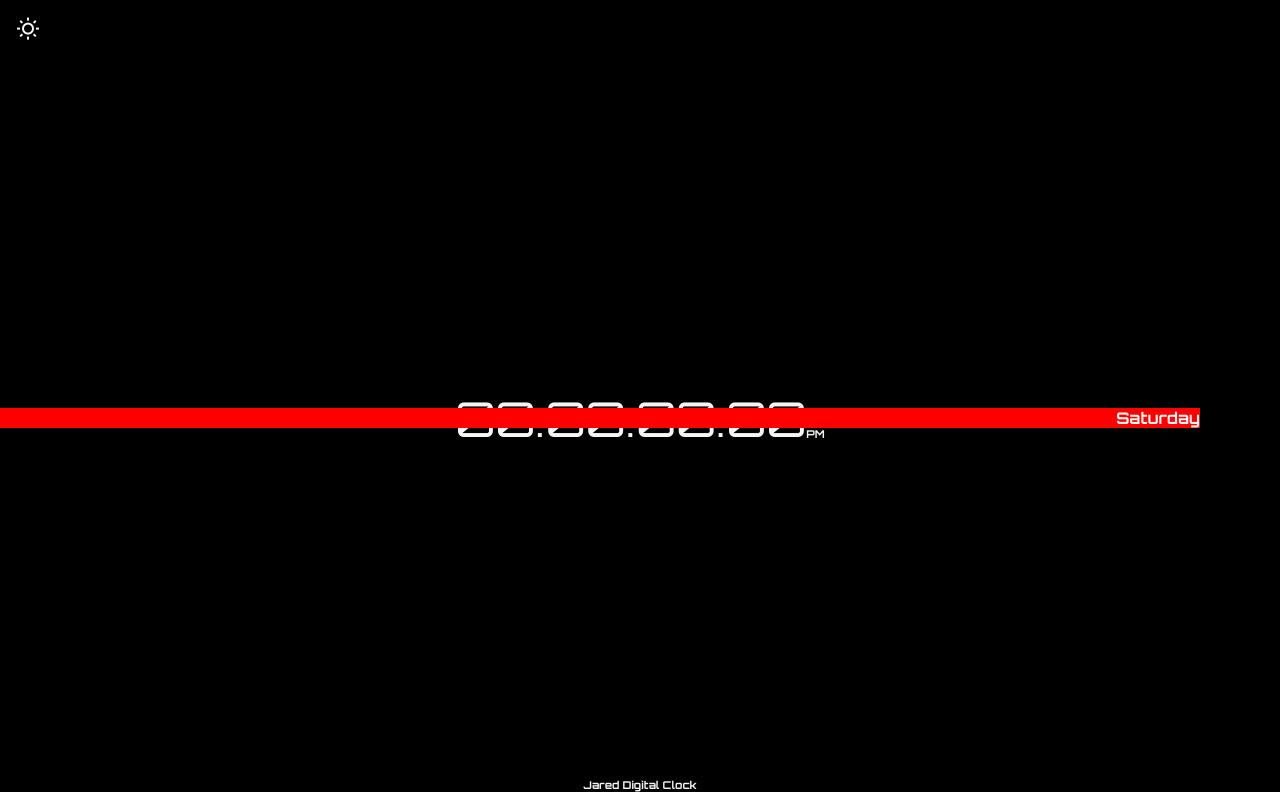
Repository: EguJaredoBoyd/Jared-Digital-Clock
Page: index.html
These files come from the project's save history. The page is drawn as it stood at one moment and after the next save; the edit follows.
The browser window is 1280 px wide. The pictures show the whole page.
Some web libraries are served in a nearby version.

Above is the page before, as saved 2026-01-04 22:19:35.

### index.html
<!DOCTYPE html>
<html lang="en">
  <head>
    <meta charset="UTF-8" />
    <meta name="viewport" content="width=device-width, initial-scale=1.0" />
    <link rel="stylesheet" href="./css/styles.css" />
    <link
      href="https://cdn.jsdelivr.net/npm/remixicon@4.8.0/fonts/remixicon.css"
      rel="stylesheet"
    />
    <link rel="preconnect" href="https://fonts.googleapis.com" />
    <link rel="preconnect" href="https://fonts.gstatic.com" crossorigin />
    <link
      href="https://fonts.googleapis.com/css2?family=Orbitron:wght@400..900&display=swap"
      rel="stylesheet"
    />
    <script src="./js/theme.js" defer></script>
    <title>Document</title>
  </head>
  <body>
    <div class="digital-clock">
      <header>
        <button id="theme-toggle"><i class="ri-sun-line"></i></button>
      </header>

      <main>
        <div class="watch-container">
          <div class="watch-container__day">
            <h4>Saturday</h4>
          </div>
          <div class="watch-container__time">
            <p>00:00:00:00</p>
            <h6>PM</h6>
          </div>
        </div>
      </main>

      <footer>
        <h6>Jared Digital Clock</h6>
      </footer>
    </div>
  </body>
</html>

### css/styles.css
* {
  margin: 0;
  padding: 0;
  box-sizing: border-box;
}

:root {
  --primary-color: black;
  --text-color: whitesmoke;

  /* Light-mode color variables */
  --light-mode: whitesmoke;
  --light-text: black;

  /* Button color font */
  --button-color: var(--text-color);
}

html {
  font-size: 16px;
  background-color: var(--primary-color);
}

.light-mode {
  background-color: var(--light-mode);
  color: var(--light-text);
  --button-color: var(--light-text);
}

body {
  color: var(--text-color);
  background-color: var(--primary-color);
  font-family: "Orbitron", sans-serif;
  width: 100%;
}

header {
  padding: 1rem;
}

header button {
  background: none;
  border: none;
}

header button i {
  font-size: 1.5rem;
  color: var(--button-color);
}

.digital-clock {
  height: 100%;
  width: 100%;
  display: flex;
  flex-direction: column;
  align-content: space-between;
  max-width: 100%;
}

.watch-container {
  display: flex;
  flex-direction: column;
  justify-content: center;
  align-items: center;
  height: 100vh;
  width: 100%;
  max-width: 100%;
  position: relative;
}

.watch-container__day {
  width: 100%;
  max-width: 100%;
  display: flex;
  justify-content: end;
  position: absolute;
  right: 5rem;
  background-color: red;
}

.watch-container__time {
  display: flex;
  max-width: 100%;
}

.watch-container__time p {
  font-size: 3rem;
}

.watch-container__time h6 {
  align-self: self-end;
  padding-bottom: 0.5rem;
}

footer h6 {
  text-align: center;
}

### js/theme.js
//Target the button element for the theme
const themeToggle = document.getElementById("theme-toggle");

//Create a function to handle the switching of themes
function switchThemeMode() {
  themeToggle.addEventListener("click", () => {
    document.body.classList.toggle("light-mode");
  });
}

switchThemeMode();

After the next save:
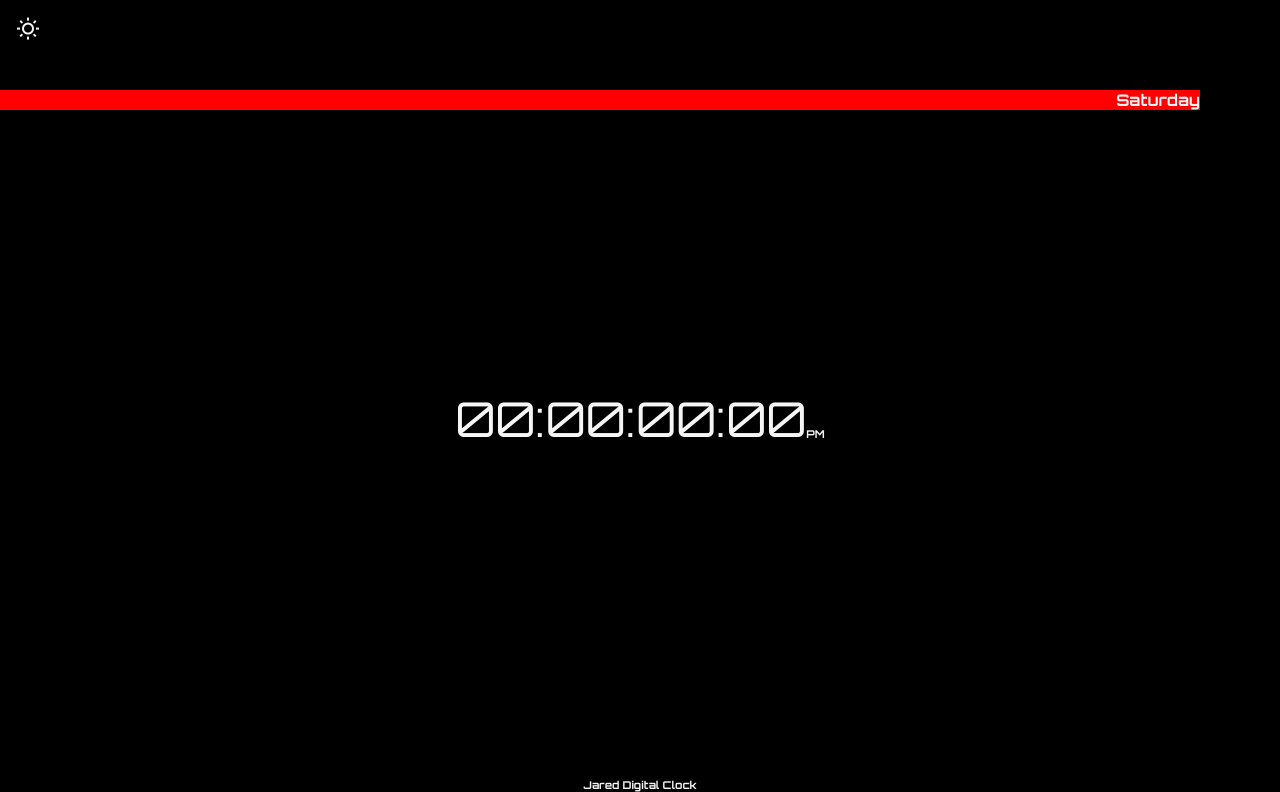
Saved 18 s later.
--- a/css/styles.css
+++ b/css/styles.css
@@ -75,6 +75,7 @@ header button i {
   justify-content: end;
   position: absolute;
   right: 5rem;
+  top: 2rem;
   background-color: red;
 }
 
